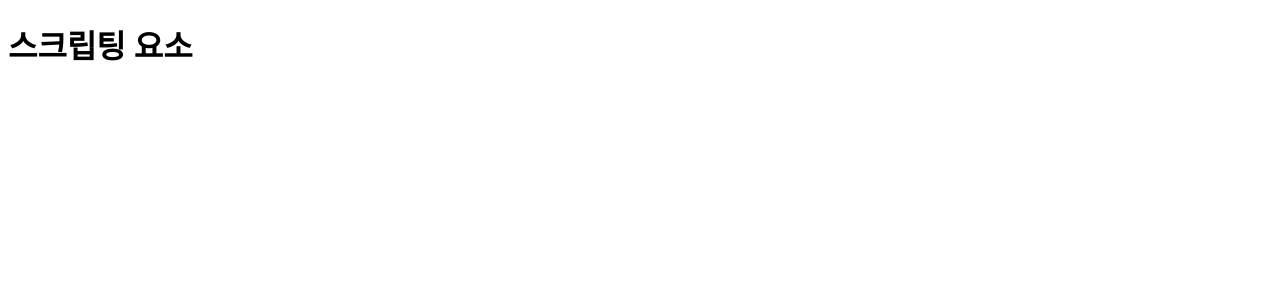
Repository: DonghwanSon1/StudyAndSubwayStore
Page: http://localhost/2_JSP/views/01_ScriptingElement.jsp
The author's editor kept a copy of each file at every save. The page is drawn from the files as they stood at one save, then again after the next save.
The browser window is 1280 px wide. The pictures show the whole page.
The page is served by Tomcat 9.

Above is the page before, as saved 2022-06-02 05:47:47.

After the next save:
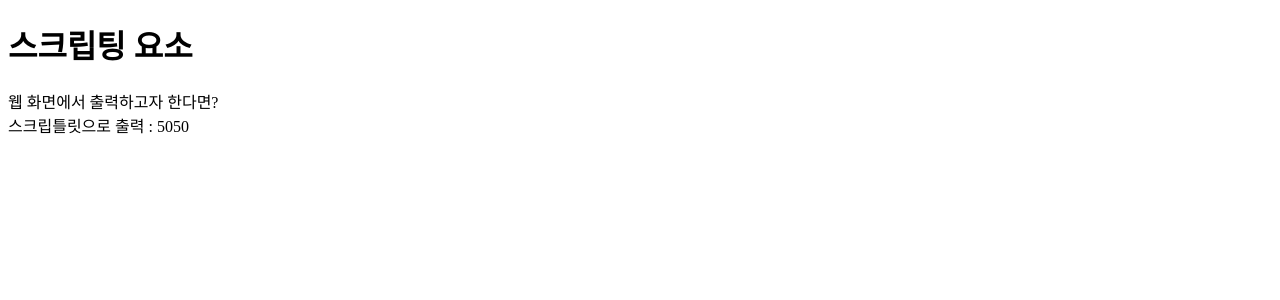
Saved 2 min 8 s later.
--- a/2_JSP/WebContent/views/01_ScriptingElement.jsp
+++ b/2_JSP/WebContent/views/01_ScriptingElement.jsp
@@ -22,11 +22,14 @@
 		for(int i=1; i <= 100; i++){
 			result += i;
 		}
-		System.out.println(result);
-
+		//System.out.println(result);
 	%>
 
+	<p>
+		웹 화면에서 출력하고자 한다면? <br>
+		스크립틀릿으로 출력 : <% out.println(result); %> <br>
 
+	</p>
 
 
 
